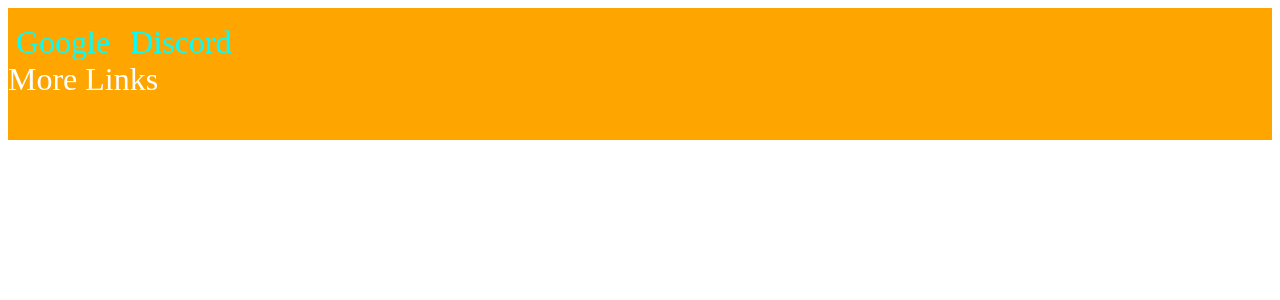
Repository: Starfishmas/Starfishmas.github.io
Page: index.html
The author's editor kept a record of every edit. The page is drawn from the files as they stood at one moment, then again after the next edit.
The browser window is 1280 px wide. The pictures show the whole page.

Above is the page before.

After the next edit:
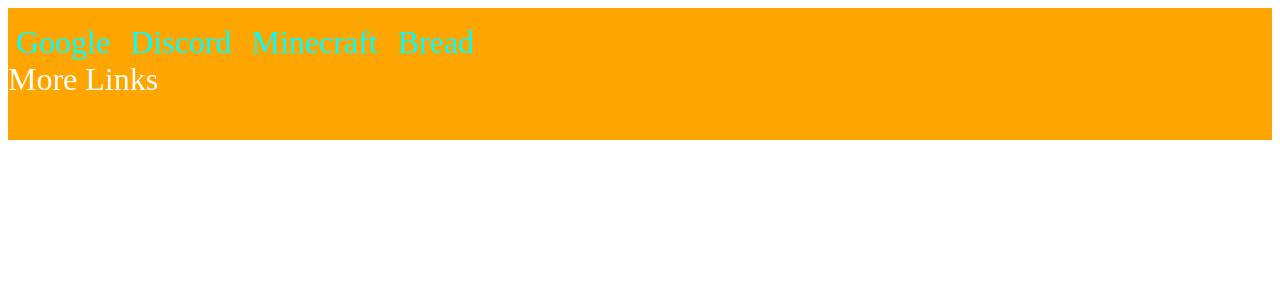
The edit:
--- a/index.html
+++ b/index.html
@@ -18,6 +18,8 @@
     <div class="navbar">
         <a href="https://www.google.com">Google</a>
         <a href="https://www.discordapp.com">Discord</a>
+         <a href="https://www.minecraft.net" class="right">Minecraft</a>
+        <a href="https://en.wikipedia.org/wiki/Bread" class="right">Bread</a>
         <div class="dropdown">
         <div class="morelinks">More Links</div>
         <div class="dropdown-content">
